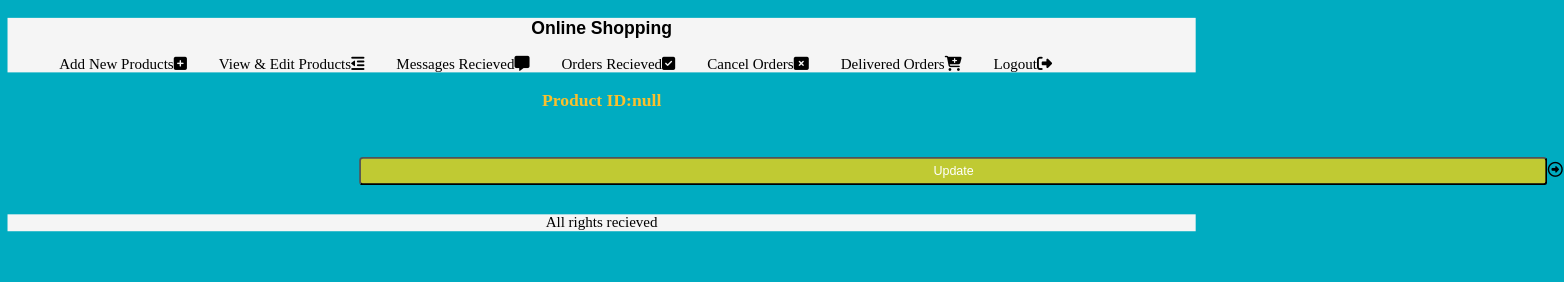
Repository: NidhiDaniel/E-Cart
Page: http://localhost/Online-Shopping-Cart/admin/edit-product.jsp
The author's editor kept a copy of each file at every save. The page is drawn from the files as they stood at one save, then again after the next save.
The browser window is 1280 px wide. The page is 1664 px wide, then 1656 px, then 1664 px, so the pictures cover 1664 px, including what lies to the right of the window. The pictures show the whole page, at 94% of full size.
Some web libraries are served in a nearby version. The page is served by Tomcat 9. Queries for data that is not in the repository find no rows.

Above is the page before, as saved 2024-01-06 07:13:03.

After the next save:
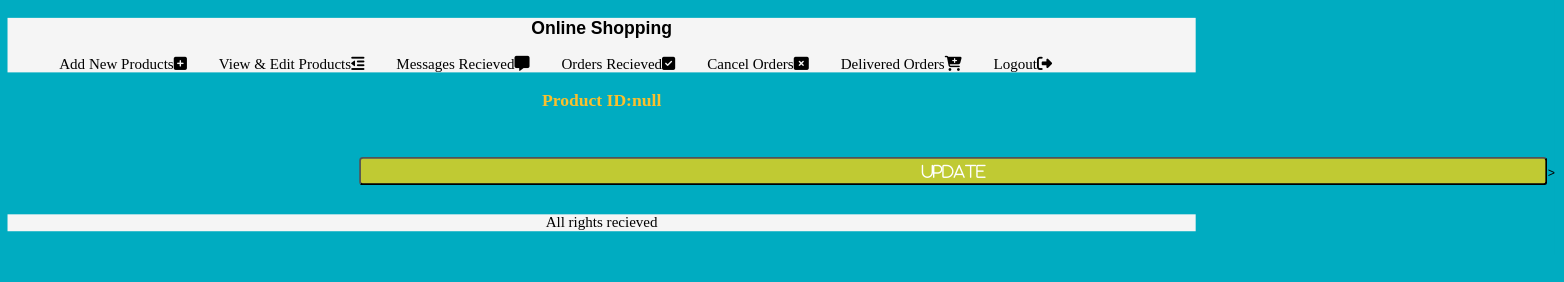
Saved 33 s later.
--- a/Online-Shopping-Cart/src/main/webapp/admin/edit-product.jsp
+++ b/Online-Shopping-Cart/src/main/webapp/admin/edit-product.jsp
@@ -64,7 +64,7 @@
 				}
 				%>
 
-			                        <input type="submit" value="Update"><i class="fa fa-arrow-circle-o-right"></i>
+			                        <input type="submit" value="Update" <i class="fa fa-arrow-circle-o-right"></i>>
 			</pre>
 			</form>
 		</div>

After the save that followed:
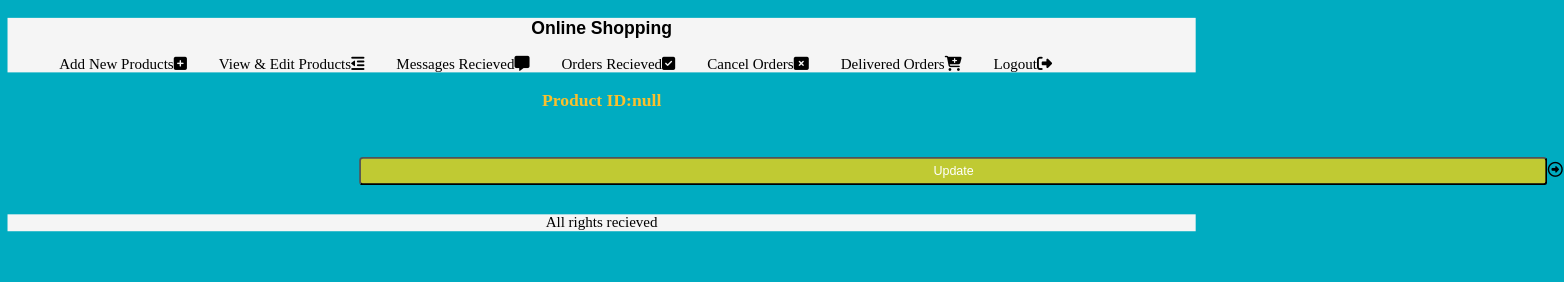
Saved 36 s later.
--- a/Online-Shopping-Cart/src/main/webapp/admin/edit-product.jsp
+++ b/Online-Shopping-Cart/src/main/webapp/admin/edit-product.jsp
@@ -64,7 +64,7 @@
 				}
 				%>
 
-			                        <input type="submit" value="Update" <i class="fa fa-arrow-circle-o-right"></i>>
+			                        <input type="submit" value="Update"><i class="fa fa-arrow-circle-o-right"></i></input>
 			</pre>
 			</form>
 		</div>
